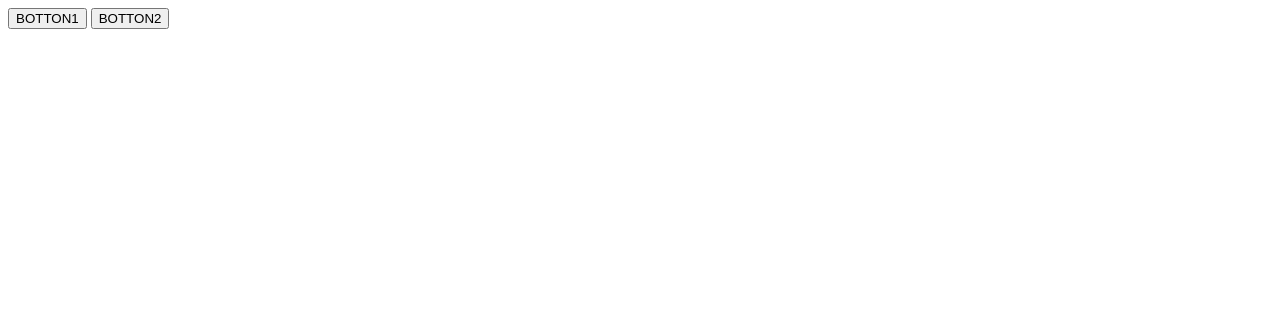
Repository: guswnsdldl/gb
Page: html workspace/g_display/src/main/webapp/inlineblock.html
An editor plug-in stored every save of this project. The page is shown before and after the next save, followed by the edit.
The browser window is 1280 px wide. The pictures show the whole page.

Above is the page before, as saved 2024-08-06 05:08:27.

### html workspace/g_display/src/main/webapp/inlineblock.html
<!DOCTYPE html>
<html>
<head>
<meta charset="UTF-8">
<title>인라인 블록 요소</title>
</head>
<body>
<button>BOTTON1</button>
<button>BOTTON2</button>
</body>
</html>

After the next save:
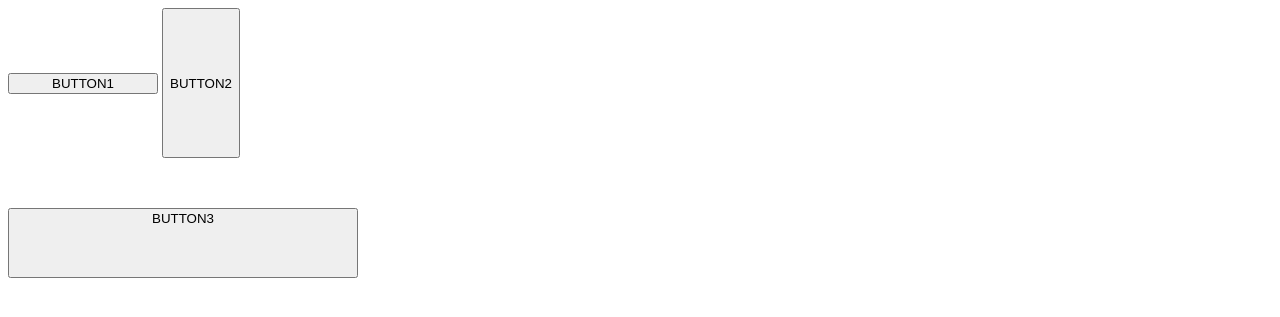
Saved 3 min 32 s later.
--- a/html workspace/g_display/src/main/webapp/inlineblock.html
+++ b/html workspace/g_display/src/main/webapp/inlineblock.html
@@ -5,7 +5,8 @@
 <title>인라인 블록 요소</title>
 </head>
 <body>
-<button>BOTTON1</button>
-<button>BOTTON2</button>
+   <button style="width: 150px;">BUTTON1</button>
+   <button style="height: 150px;">BUTTON2</button><br>
+   <button style="width: 350px; margin-top: 50px; padding-bottom: 50px;">BUTTON3</button>
 </body>
 </html>
